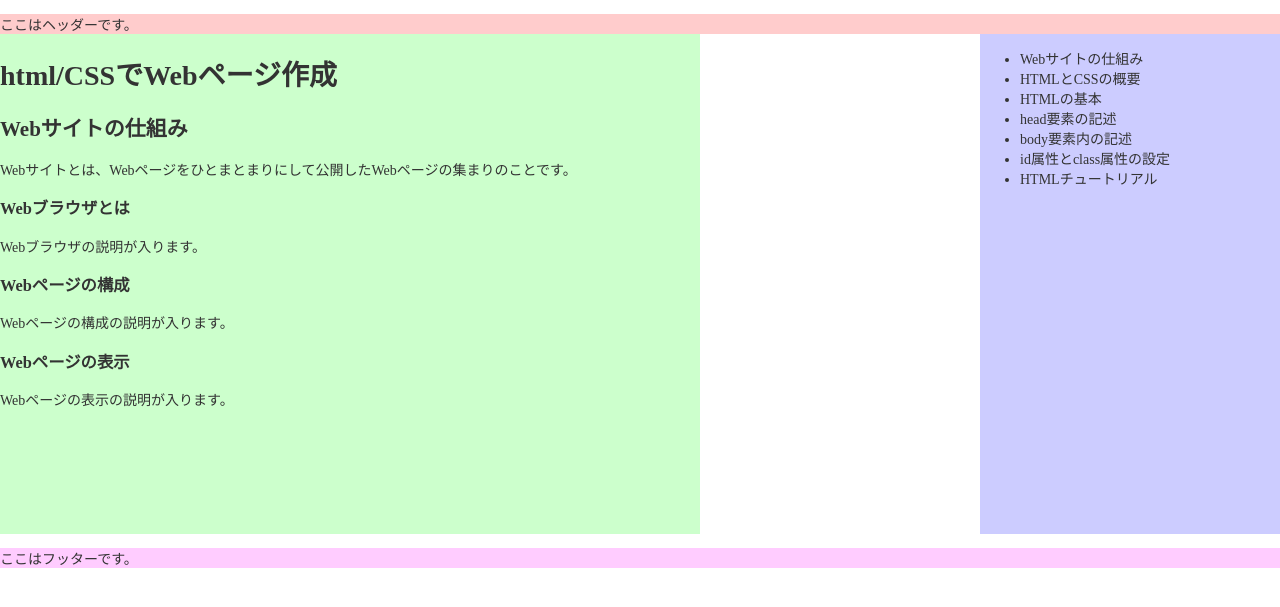
Repository: ichiro-fujii/kadai-commit
Page: lesson-htmlcss/kadai-html.html
The author's editor kept a record of every edit. The page is drawn from the files as they stood at one moment, then again after the next edit.
The browser window is 1280 px wide. The pictures show the whole page.

Above is the page before.

After the next edit:
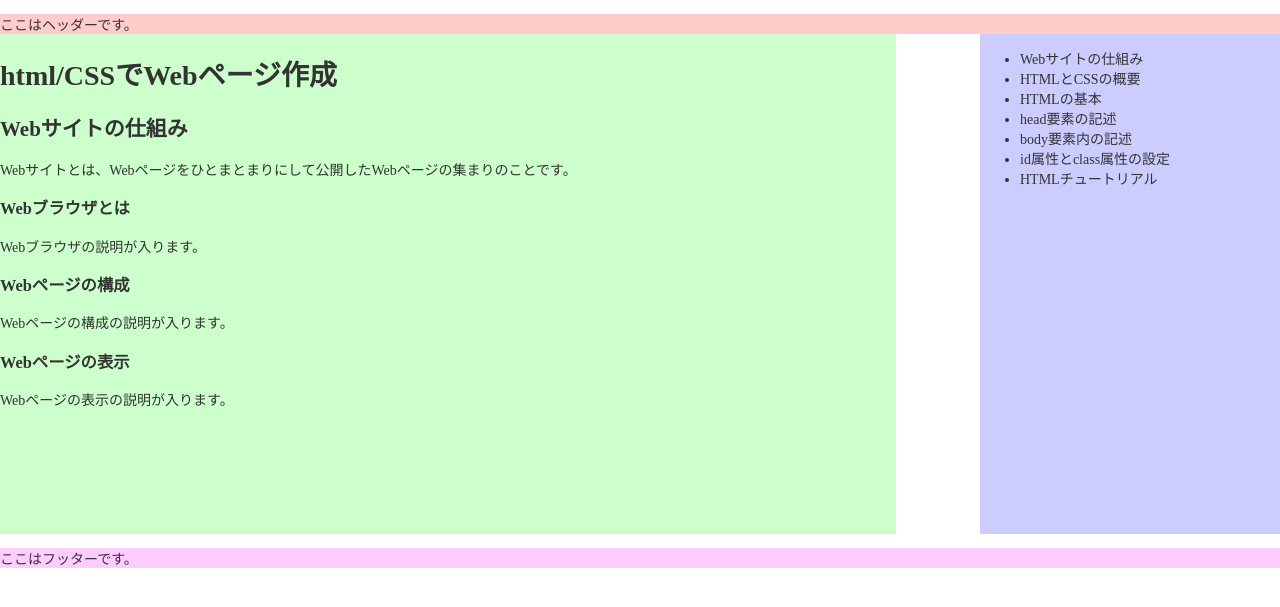
The edit:
--- a/lesson-htmlcss/kadai-css.css
+++ b/lesson-htmlcss/kadai-css.css
@@ -17,7 +17,7 @@
 }
 #main {
     float: left;
-    width: 700px;
+    width: 70%;
     height: 500px;
     background-color: #ccffcc;
 }
